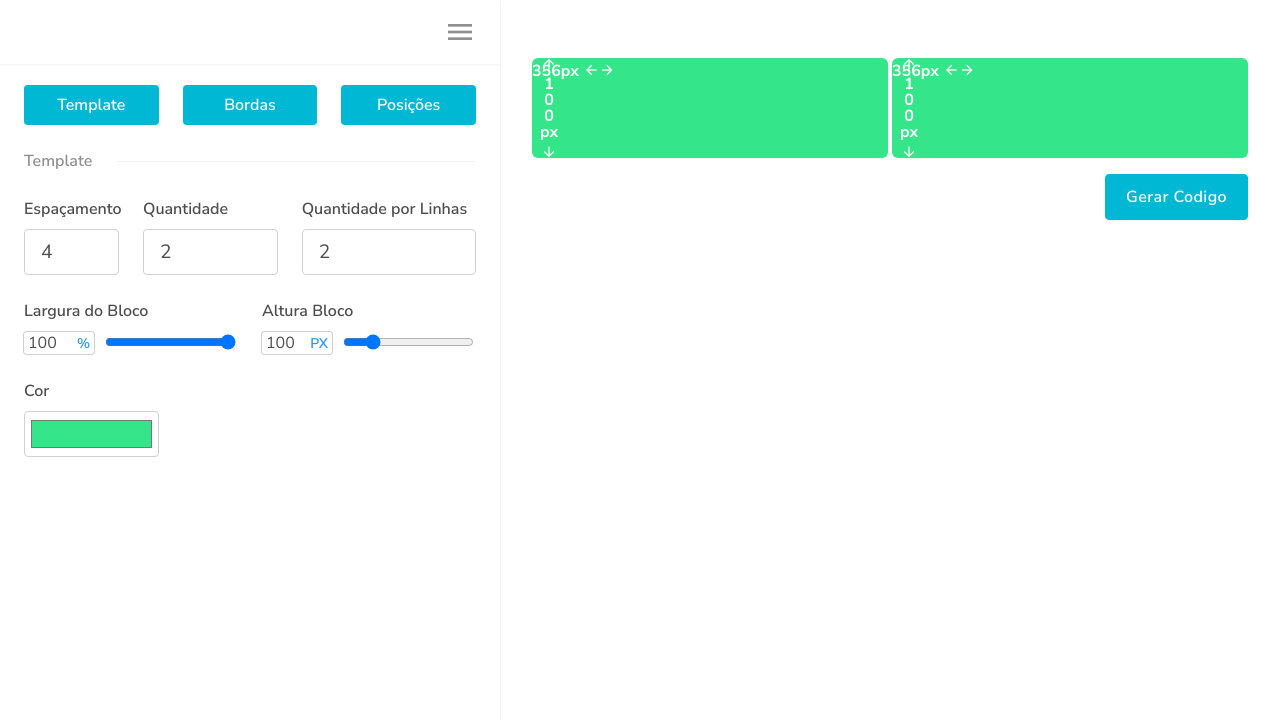
Repository: Flintdl/lowcode-elements
Page: /
An editor plug-in stored every save of this project. The page is shown before and after the next save, followed by the edit.
The browser window is 1280 px wide. The pictures show the whole page.
The project was rebuilt for these pictures with package versions that can differ from the ones it lists, and the page was loaded fresh each time. Also part of the build but not shown: vue.config.js.

Above is the page before, as saved 2022-04-06 12:02:28.

### src/assets/scss/_variables.scss
// Primarys Colors
$standardTextColor: #4d4d4d;

$primaryColor: #8e6dff;
$secondaryColor: #009997;
$buttonDisableColor: #9c9c9c;
$buttonDisableBgColor: #7676764d;

// Menu Colors

$bgMenuColor: #1d1d1d;
$linkMenuColor: #7b8089;
$iconMenuColor: #2a2a2a;
$borderMenuColor: #323232;

// Botão Colors

$btnPrimary: #00b8d4;
$btnPrimaryHover: #0085b0;

// Generics Colors

$whiteColor: #ffffff;
$mutedColor: #8f8f8f;
$cardColor: #f3f4f7;
$cardColorLight: #f9fafc;
$cardColorLightTwo: #f1f5fc;
$greyLight: #d1d1d1;

// Dropdown Colors

$dropdownHeaderColor: #5f5f5f;
$dropdownColor: #ebffff;

// State Colors

$successColor: #3dc661;
$dangerColor: #e7515a;
$warningColor: #e2a03f;
$infoColor: #2196f3;
$defaultColor: #172b4d;
$lightColor: #e0e0e0;

### src/views/HomeView.vue
<template>
  <div>
    <div class="sf-row">
      <div
        id="sf-preview-code-content"
        class="sf-col-12 sf-mx-auto sf-position-relative"
      >
        <!-- <div class="sf-display-flex sf-flex-wrap sf-width-100">
          <div
            id="sf-grid-template"
            class="sf-grid sf-position-relative"
            :style="{
              width: cssProps.width,
              height: String(valorHeight) + 'px',
              left: inputGap / 2 + 'px',
            }"
            v-bind:key="n"
            v-for="n of quantidade"
          ></div>
        </div> -->
        <div id="sf-preview-code">
          <div
            :style="gapProps"
            :class="[
              'sf-display-flex sf-flex-wrap sf-width-100',
              'sf-justify-content-' + checkValue,
            ]"
          >
            <DivGrid
              v-bind:key="n"
              v-for="n of quantidade"
              :tamanho="String(valor)"
              :altura="String(valorHeight)"
              :cssDefinido="cssProps"
              class="sf-position-relative"
            />
          </div>
        </div>
      </div>
      <div class="sf-col-12 sf-mt-3 sf-display-flex sf-justify-content-end">
        <button class="sf-btn sf-btn-primary" @click="gerarCodigo">
          Gerar Codigo
        </button>
      </div>
    </div>
    <div class="sf-row" v-if="htmlPreviewCode">
      <div class="sf-col-12 sf-mx-auto sf-mt-5 sf-code-content">
        <div class="sf-bg-code sf-p-4 sf-border-radius">
          <code>
            <span class="sf-text-info">Código do Preview</span> <br />
            {{ htmlPreviewCode }}
          </code>
        </div>
      </div>
    </div>
  </div>
</template>

<script>
// @ is an alias to /src

import DivGrid from "@/components/templates/DivGrid.vue";

export default {
  name: "HomeView",
  data: function () {
    return {
      htmlPreviewCode: null,
    };
  },
  components: {
    DivGrid,
  },
  props: {
    valor: String,
    inputGap: String,
    quantidade: Number,
    valorHeight: String,
    quantidadeLinha: String,
    inputBorderRadius: String,
    checkValue: String,
    inputColor: String,
    inputBorder: String,
    inputBorderColor: String,
    inputBorderTipo: String,
  },
  computed: {
    cssProps() {
      return {
        width: `calc((${this.valor}% - ${this.inputGap}px * ${
          this.quantidadeLinha - "1"
        }) / ${this.quantidadeLinha})`,
        height: this.valorHeight + "px",
        "border-radius": this.inputBorderRadius + "px",
        "background-color": this.inputColor,
        border:
          this.inputBorder +
          "px" +
          " " +
          this.inputBorderTipo +
          " " +
          this.inputBorderColor,
      };
    },
    gapProps() {
      return {
        gap: this.inputGap + "px",
      };
    },
  },
  methods: {
    gerarCodigo() {
      this.htmlPreviewCode =
        document.getElementById("sf-preview-code").innerHTML;
    },
  },
};
</script>

<style>
#sf-grid-template:after {
  content: "";
  width: 100%;
  height: 150%;
  top: -25%;
  background-color: #ff008c0a;
  border: 1px solid rgba(255, 0, 140, 0.103);
  border-left: 2px solid #ff008c38;
  border-right: 2px solid #ff008c38;
  position: absolute;
}
</style>

### src/components/templates/InputGapTemplate.vue
<template>
  <div class="sf-col-3 sf-form-group">
    <label class="sf-label">Espaçamento</label>
    <input
      type="number"
      min="1"
      max="12"
      value="2"
      id="inputGap"
      v-model="valor"
      class="filter-states sf-text-capitalize"
      placeholder="Quantidade de Blocos"
    />
  </div>
</template>

<script>
export default {
  props: {
    valorInput: String,
  },
  computed: {
    valor: {
      get() {
        var inp = this.valorInput;
        return inp;
      },
      set(valorInput) {
        this.$emit("callback", valorInput);
      },
    },
  },
};
</script>

<style></style>

### src/components/templates/InputQuantidadeTemplate.vue
<template>
  <div class="sf-col-4 sf-form-group">
    <label class="sf-label">Quantidade</label>
    <input
      type="number"
      value="1"
      id="inputQuantidade"
      v-model="valor"
      class="filter-states sf-text-capitalize"
      placeholder="Quantidade de Blocos"
    />
  </div>
</template>

<script>
export default {
  props: {
    valorInput: String,
  },
  computed: {
    valor: {
      get() {
        var inp = this.valorInput;
        return inp;
      },
      set(valorInput) {
        this.$emit("callback", valorInput);
      },
    },
  },
};
</script>

<style></style>

### src/components/templates/InputQuantLinhasTemplate.vue
<template>
  <div class="sf-col-5 sf-form-group">
    <label class="sf-label">Quantidade por Linhas</label>
    <input
      type="number"
      min="1"
      max="12"
      value="1"
      id="inputQuantidadeLinha"
      v-model="valor"
      class="filter-states sf-text-capitalize"
      placeholder="Quantidade Linha"
    />
  </div>
</template>

<script>
export default {
  props: {
    valorInput: String,
  },
  computed: {
    valor: {
      get() {
        var inp = this.valorInput;
        return inp;
      },
      set(valorInput) {
        this.$emit("callback", valorInput);
      },
    },
  },
};
</script>

<style></style>

### src/components/templates/InputLarguraBloco.vue
<template>
  <div class="sf-col-6 sf-form-group">
    <label class="sf-label">Largura do Bloco</label>
    <div class="sf-input-group">
      <div
        class="sf-input-group-append sf-display-flex sf-justify-content-center"
      >
        <div
          class="sf-display-flex sf-align-items-center sf-justify-content-center sf-border-left-0 sf-border-radius sf-border-radius-left-0 sf-pr-2 sf-text-info sf-font-weight-bold sf-min-80-px"
        >
          <div class="sf-input-group">
            <input
              type="number"
              value="1"
              min="1"
              max="100"
              v-model="valor"
              class="sf-text-md sf-height-fit-content sf-pr-0 sf-pl-1 sf-border-right-0 sf-border-radius-right-0 sf-text-capitalize"
              placeholder="Curva da Borda"
            />
            <div
              class="sf-input-group-append sf-display-flex sf-justify-content-center"
            >
              <div
                class="sf-display-flex sf-align-items-center sf-border sf-justify-content-center sf-border-left-0 sf-border-radius sf-border-radius-left-0 sf-pr-1 sf-text-info sf-font-weight-bold sf-text-sm"
              >
                %
              </div>
            </div>
          </div>
        </div>
      </div>
      <input
        type="range"
        min="10"
        max="100"
        value="10"
        id="inputRange"
        v-model="valor"
        class="sf-px-0 sf-border-right-0 sf-border-radius-right-0 sf-text-capitalize"
      />
    </div>
  </div>
</template>

<script>
export default {
  props: {
    valorInput: String,
  },
  computed: {
    valor: {
      get() {
        var inp = this.valorInput;
        return inp;
      },
      set(valorInput) {
        this.$emit("callback", valorInput);
      },
    },
  },
};
</script>

<style></style>

### src/components/templates/InputAlturaBloco.vue
<template>
  <div class="sf-col-6 sf-form-group">
    <label class="sf-label">Altura Bloco</label>
    <div class="sf-input-group">
      <div
        class="sf-input-group-append sf-display-flex sf-justify-content-center"
      >
        <div
          class="sf-display-flex sf-align-items-center sf-justify-content-center sf-border-left-0 sf-border-radius sf-border-radius-left-0 sf-pr-2 sf-text-info sf-font-weight-bold sf-min-80-px"
        >
          <div class="sf-input-group">
            <input
              type="number"
              value="1"
              min="1"
              max="500"
              v-model="valor"
              class="sf-text-md sf-height-fit-content sf-pr-0 sf-pl-1 sf-border-right-0 sf-border-radius-right-0 sf-text-capitalize"
              placeholder="Curva da Borda"
            />
            <div
              class="sf-input-group-append sf-display-flex sf-justify-content-center"
            >
              <div
                class="sf-display-flex sf-align-items-center sf-border sf-justify-content-center sf-border-left-0 sf-border-radius sf-border-radius-left-0 sf-pr-1 sf-text-info sf-font-weight-bold sf-text-sm"
              >
                PX
              </div>
            </div>
          </div>
        </div>
      </div>
      <input
        type="range"
        min="10"
        max="500"
        id="valorHeight"
        v-model="valor"
        class="sf-px-0 sf-border-right-0 sf-border-radius-right-0 sf-text-capitalize"
      />
    </div>
  </div>
</template>

<script>
export default {
  props: {
    valorInput: String,
  },
  computed: {
    valor: {
      get() {
        var inp = this.valorInput;
        return inp;
      },
      set(valorInput) {
        this.$emit("callback", valorInput);
      },
    },
  },
};
</script>

<style></style>

### src/components/templates/InputBorderRadiusBloco.vue
<template>
  <div class="sf-col-6 sf-form-group">
    <label class="sf-label">Curva da Borda</label>
    <div class="sf-input-group">
      <div
        class="sf-input-group-append sf-display-flex sf-justify-content-center"
      >
        <div
          class="sf-display-flex sf-align-items-center sf-justify-content-center sf-border-left-0 sf-border-radius sf-border-radius-left-0 sf-pr-2 sf-text-info sf-font-weight-bold sf-min-80-px"
        >
          <div class="sf-input-group">
            <input
              type="number"
              value="1"
              min="1"
              max="50"
              v-model="valor"
              class="sf-text-md sf-height-fit-content sf-pr-0 sf-pl-1 sf-border-right-0 sf-border-radius-right-0 sf-text-capitalize"
              placeholder="Curva da Borda"
            />
            <div
              class="sf-input-group-append sf-display-flex sf-justify-content-center"
            >
              <div
                class="sf-display-flex sf-align-items-center sf-border sf-justify-content-center sf-border-left-0 sf-border-radius sf-border-radius-left-0 sf-pr-1 sf-text-info sf-font-weight-bold sf-text-sm"
              >
                PX
              </div>
            </div>
          </div>
        </div>
      </div>
      <input
        type="range"
        value="1"
        min="1"
        max="50"
        id="inputBorderRadius"
        v-model="valor"
        class="sf-px-0 sf-border-right-0 sf-border-radius-right-0 sf-text-capitalize"
        placeholder="Curva da Borda"
      />
    </div>
  </div>
</template>

<script>
export default {
  props: {
    valorInput: String,
  },
  computed: {
    valor: {
      get() {
        var inp = this.valorInput;
        return inp;
      },
      set(valorInput) {
        this.$emit("callback", valorInput);
      },
    },
  },
};
</script>

<style></style>

### src/components/templates/InputBorderBloco.vue
<template>
  <div class="sf-col-6 sf-form-group">
    <label class="sf-label">Tamanho da Borda</label>
    <div class="sf-input-group">
      <div
        class="sf-input-group-append sf-display-flex sf-justify-content-center"
      >
        <div
          class="sf-display-flex sf-align-items-center sf-justify-content-center sf-border-left-0 sf-border-radius sf-border-radius-left-0 sf-pr-2 sf-text-info sf-font-weight-bold sf-min-80-px"
        >
          <div class="sf-input-group">
            <input
              type="number"
              value="1"
              min="1"
              max="50"
              v-model="valor"
              class="sf-text-md sf-height-fit-content sf-pr-0 sf-pl-1 sf-border-right-0 sf-border-radius-right-0 sf-text-capitalize"
              placeholder="Curva da Borda"
            />
            <div
              class="sf-input-group-append sf-display-flex sf-justify-content-center"
            >
              <div
                class="sf-display-flex sf-align-items-center sf-border sf-justify-content-center sf-border-left-0 sf-border-radius sf-border-radius-left-0 sf-pr-1 sf-text-info sf-font-weight-bold sf-text-sm"
              >
                PX
              </div>
            </div>
          </div>
        </div>
      </div>
      <input
        type="range"
        value="1"
        min="0"
        max="24"
        id="inputBorder"
        v-model="valor"
        class="sf-px-0 sf-border-right-0 sf-border-radius-right-0 sf-text-capitalize"
        placeholder="Curva da Borda"
      />
    </div>
  </div>
</template>

<script>
export default {
  props: {
    valorInput: String,
  },
  computed: {
    valor: {
      get() {
        var inp = this.valorInput;
        return inp;
      },
      set(valorInput) {
        this.$emit("callback", valorInput);
      },
    },
  },
};
</script>

<style></style>

### src/components/templates/InputPosicaoBloco.vue
<template>
  <div class="sf-row">
    <div class="sf-col-12 sf-form-group">
      <span
        class="sf-text-md sf-font-weight-bold sf-text-muted sf-display-flex sf-align-items-center"
      >
        Posições
        <hr class="sf-width-100 sf-ml-4" />
      </span>
    </div>
    <div class="sf-col-auto sf-form-group">
      <input
        id="start"
        type="radio"
        name="positionDivs"
        v-model="valor"
        value="start"
        checked
      />
      <label for="start"> Esquerda</label>
    </div>

    <div class="sf-col-auto sf-form-group">
      <input
        type="radio"
        id="center"
        name="positionDivs"
        v-model="valor"
        value="center"
      />
      <label for="center"> Centro</label>
    </div>

    <div class="sf-col-auto sf-form-group">
      <input
        type="radio"
        id="end"
        name="positionDivs"
        v-model="valor"
        value="end"
      />
      <label for="end"> Final</label>
    </div>
    <div class="sf-col-auto sf-form-group">
      <input
        type="radio"
        id="between"
        name="positionDivs"
        v-model="valor"
        value="between"
      />
      <label for="between"> Laterais</label>
    </div>
    <div class="sf-col-auto sf-form-group">
      <input
        type="radio"
        id="around"
        name="positionDivs"
        v-model="valor"
        value="around"
      />
      <label for="around"> Meio</label>
    </div>
  </div>
</template>

<script>
export default {
  props: {
    valorInput: String,
  },
  computed: {
    valor: {
      get() {
        var inp = this.valorInput;
        return inp;
      },
      set(valorInput) {
        this.$emit("callback", valorInput);
      },
    },
  },
};
</script>

<style></style>

### src/components/templates/InputBorderCorBloco.vue
<template>
  <div class="sf-col sf-form-group">
    <label class="sf-label">Cor</label>
    <input
      type="color"
      id="inputBorderColor"
      v-model="valor"
      class="sf-p-1 sf-text-capitalize"
      placeholder="Quantidade de Blocos"
    />
  </div>
</template>

<script>
export default {
  props: {
    valorInput: String,
  },
  computed: {
    valor: {
      get() {
        var inp = this.valorInput;
        return inp;
      },
      set(valorInput) {
        this.$emit("callback", valorInput);
      },
    },
  },
};
</script>

<style></style>

### src/components/templates/InputBorderTipoBloco.vue
<template>
  <div class="sf-col-10 sf-form-group">
    <label class="sf-label">Tipo de Borda</label>
    <select
      id="inputBorderTipo"
      v-model="control"
      :items="items"
      @change="onSelectType"
      class="sf-text-capitalize"
    >
      <option
        v-bind:key="item.value"
        :value="item.value"
        :disabled="!item.value"
        v-for="item of items"
      >
        {{ item.label }}
      </option>
    </select>
  </div>
</template>

<script>
export default {
  props: {
    valorInput: String,
  },
  data: () => {
    return {
      items: [
        { label: "Solid", value: "solid" },
        { label: "Dashed", value: "dashed" },
      ],
    };
  },
  computed: {
    control: {
      get() {
        return this.valorInput;
      },
      set(valorInput) {
        this.$emit("callback", valorInput);
      },
    },
  },
  methods: {
    onSelectType(event) {
      this.$emit("change", event);
    },
  },
};
</script>

<style></style>

### src/components/templates/DivGrid.vue
<template>
  <div
    class="sf-position-relative sf-overflow-hidden"
    :style="cssDefinido"
    ref="container"
  >
    <div
      class="sf-height-position sf-position-absolute sf-display-flex sf-flex-column sf-align-items-center sf-px-2"
    >
      <i
        class="mdi mdi-arrow-up sf-text-md sf-text-white sf-dropdown-action"
      ></i>
      <span
        class="value sf-text-white sf-font-weight-extra-bold sf-text-center"
      >
        {{ altura }}
      </span>
      <span class="sf-text-white sf-font-weight-extra-bold sf-text-center">
        px
      </span>
      <i
        class="mdi mdi-arrow-down sf-text-md sf-text-white sf-dropdown-action"
      ></i>
    </div>
    <div class="sf-width-position sf-position-absolute">
      <span class="sf-text-white sf-font-weight-extra-bold sf-text-center">
        {{ larguraPixel }}px
      </span>
      <i
        class="mdi mdi-arrow-left sf-text-md sf-text-white sf-dropdown-action"
      ></i>
      <i
        class="mdi mdi-arrow-right sf-text-md sf-text-white sf-dropdown-action"
      ></i>
    </div>
  </div>
</template>

<script>
export default {
  data() {
    return {
      larguraPixel: null,
    };
  },
  mounted() {
    this.larguraPixel = this.$refs.container?.offsetWidth;
  },

  props: {
    cssDefinido: Object,
    tamanho: String,
    altura: String,
  },
  created() {
    this.$watch("tamanho", () => {
      this.larguraPixel = this.$refs.container?.offsetWidth;
    });
  },
};
</script>

<style lang="scss" scoped>
.sf-height-position {
  transform: translateY(-50%);
  left: 0;
  top: 50%;
  span {
    line-height: 1;
  }
  span.value {
    word-break: break-all;
    width: 10px;
  }
}
</style>

Loaded but not shown: public/index.html (common file); src/main.js (common file); src/App.vue (common file); src/registerServiceWorker.js (common file); src/router/index.js (common file); src/assets/scss/materialdesignicons.scss (9 lines, source omitted); src/assets/scss/style.scss (4102 lines, source omitted); src/components/Menu/MenuTemplate.vue (297 lines, source omitted); src/assets/scss/menu.scss (402 lines, source omitted); src/assets/scss/standard.scss (381 lines, source omitted)

After the next save:
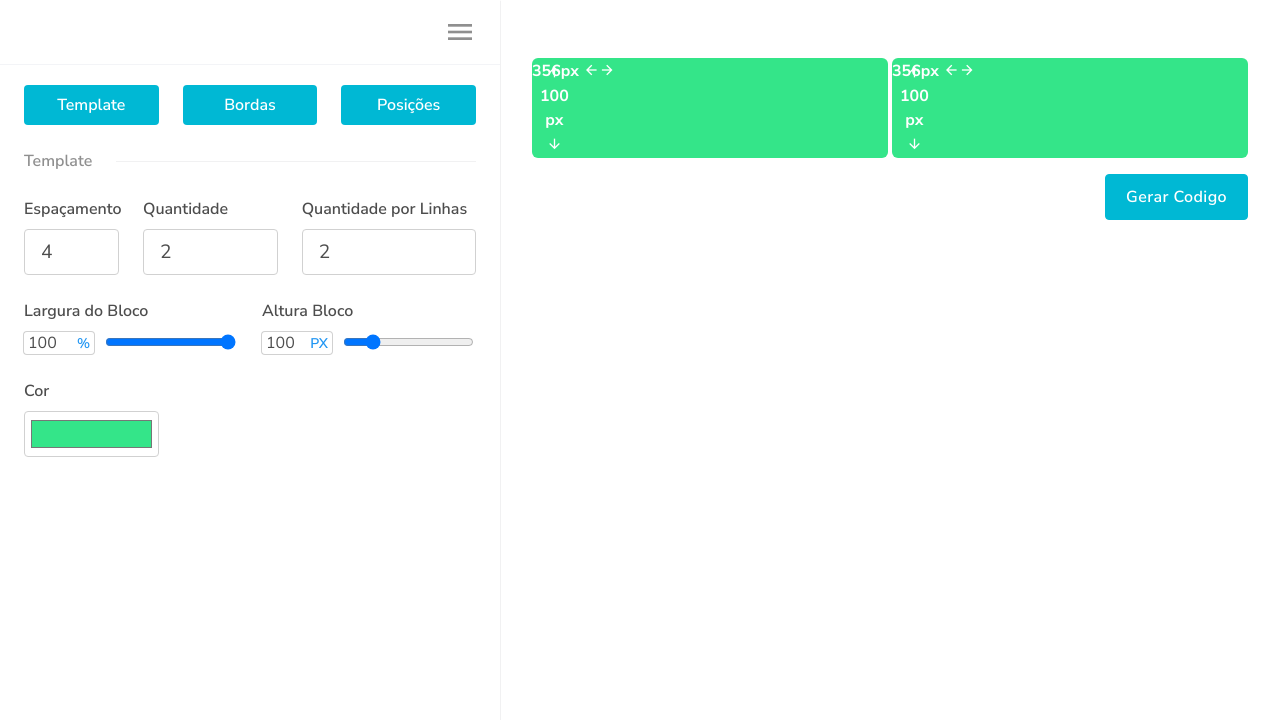
Saved 27 s later.
--- a/src/components/templates/DivGrid.vue
+++ b/src/components/templates/DivGrid.vue
@@ -65,12 +65,5 @@ export default {
   transform: translateY(-50%);
   left: 0;
   top: 50%;
-  span {
-    line-height: 1;
-  }
-  span.value {
-    word-break: break-all;
-    width: 10px;
-  }
 }
 </style>
